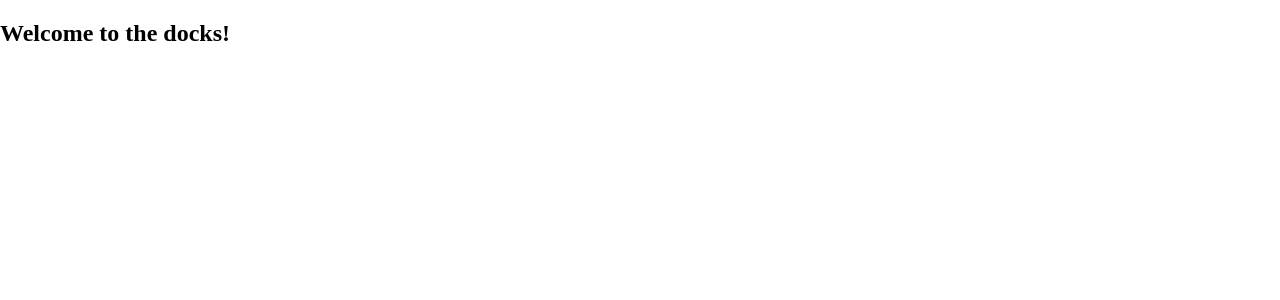
Repository: charliejp0311/java-final-proj
Page: dockWalk-frontend/index.html
An editor plug-in stored every save of this project. The page is shown before and after the next save, followed by the edit.
The browser window is 1280 px wide. The pictures show the whole page.
The page's requests for data from a server got no answer.

Above is the page before, as saved 2020-08-27 15:48:32.

After the next save:
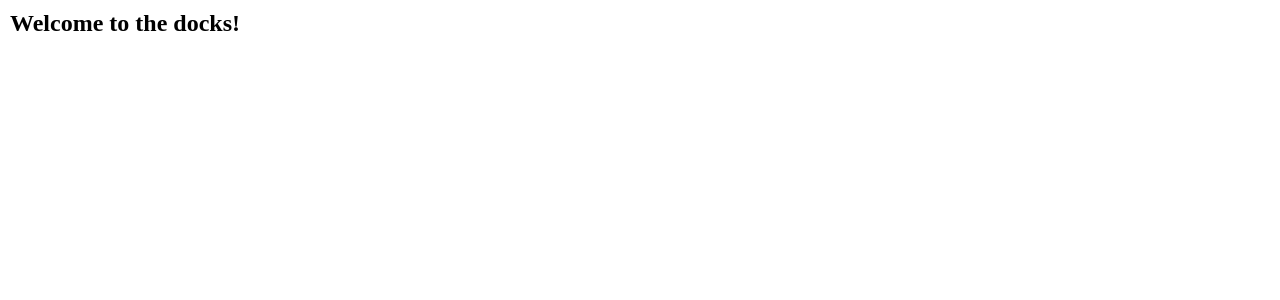
Saved 53 s later.
--- a/dockWalk-frontend/style.css
+++ b/dockWalk-frontend/style.css
@@ -9,7 +9,7 @@ header {
     height: 50px;
 }
 
-header h2 {
+h2 {
     padding: 10px;
     margin: 0;
 }
